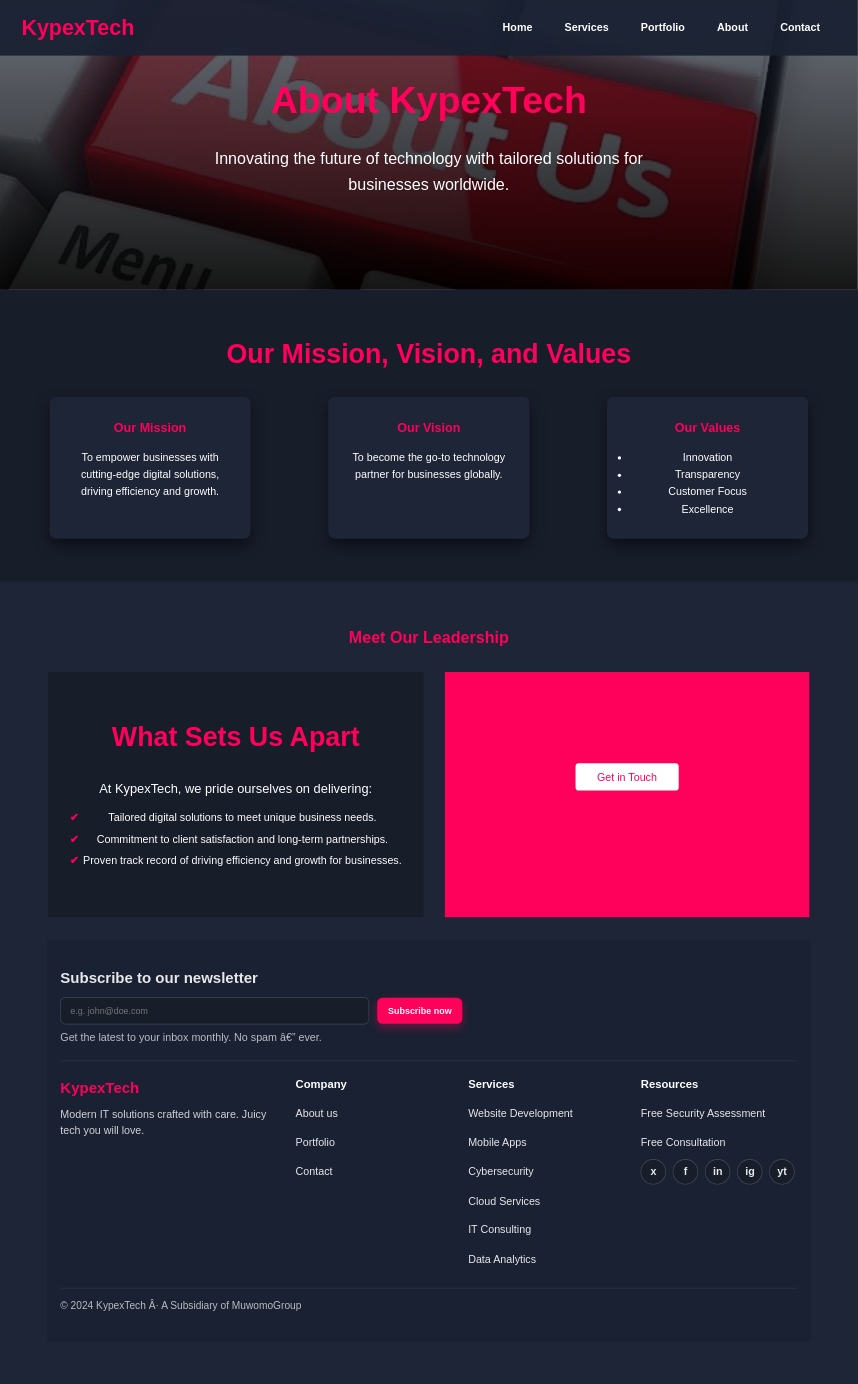
Repository: muwomotapiwa/KypexTechSolutions
Page: about.html
The author's editor kept a copy of each file at every save. The page is drawn from the files as they stood at one save, then again after the next save.
The browser window is 1280 px wide. The pictures show the whole page, at 67% of full size.

Above is the page before, as saved 2025-09-03 22:57:58.

### about.html
<!DOCTYPE html>
<html lang="en">
<head>
    <meta http-equiv="Content-Security-Policy" content="default-src 'self'; script-src 'self' 'unsafe-inline' https://www.googletagmanager.com https://www.google-analytics.com; style-src 'self' 'unsafe-inline'; img-src 'self' data: https:; connect-src 'self' https://api.web3forms.com https://www.google-analytics.com https://ipwho.is; form-action https://api.web3forms.com; frame-src 'self' https://api.web3forms.com; frame-ancestors 'none'; base-uri 'self'; upgrade-insecure-requests">
    <meta name="referrer" content="strict-origin-when-cross-origin">
    <meta charset="UTF-8">
    <meta name="viewport" content="width=device-width, initial-scale=1.0">
    <title>About Us | KypexTech</title>
    <link rel="stylesheet" href="css/style.css">
    <link rel="stylesheet" href="css/about.css"> <!-- Page-Specific CSS -->
</head>
<body>
    <!-- Header -->
    <header>
        <div class="logo">KypexTech</div>
        <nav>
            <ul>
                <li><a href="index.html">Home</a></li>
                <li><a href="index.html#services">Services</a></li>
                <li><a href="portfolio.html">Portfolio</a></li>
                <li><a href="about.html">About</a></li>
                <li><a href="contact.html">Contact</a></li>
            </ul>
        </nav>
        <div class="menu-icon" id="menuIcon"></div>
        <div class="mobile-nav" id="mobileNav">
            <a href="index.html">Home</a>
            <a href="index.html#services">Services</a>
            <a href="portfolio.html">Portfolio</a>
            <a href="about.html">About</a>
            <a href="contact.html">Contact</a>
        </div>
    </header>


    <!-- Hero Section -->
    <section class="hero">
        <h1>About KypexTech</h1>
        <p>Innovating the future of technology with tailored solutions for businesses worldwide.</p>
    </section>

    <!-- Mission, Vision, and Values -->
    <section class="mission">
        <h2>Our Mission, Vision, and Values</h2>
        <div class="content">
            <div class="box">
                <h3>Our Mission</h3>
                <p>To empower businesses with cutting-edge digital solutions, driving efficiency and growth.</p>
            </div>
            <div class="box">
                <h3>Our Vision</h3>
                <p>To become the go-to technology partner for businesses globally.</p>
            </div>
            <div class="box">
                <h3>Our Values</h3>
                <ul>
                    <li>Innovation</li>
                    <li>Transparency</li>
                    <li>Customer Focus</li>
                    <li>Excellence</li>
                </ul>
            </div>
        </div>
    </section>

<!-- BEGIN HIDDEN leadership team
    <!-- Leadership Team -->
    <section class="team">
        <h2>Meet Our Leadership</h2>
        <div class="team-grid">
            <!-- CEO -->
            <!--<div class="team-member">
                <img src="assets/tapiwa.jpeg" alt="Tapiwa Mathew Muwomo">
                <h3>Mathew Muwomo</h3>
                <p><strong>Founder & CEO</strong></p>
                <p>
                    Mathew holds an Honours Degree in Economics and has nearly five years of experience in IT solutions.
                    With half a decade of expertise in Economics and Business, he brings a blend of analytical and technical prowess to lead KypexTech.
                </p>
            </div>-->
            <!-- Director -->
            <!--<div class="team-member">
                <img src="assets/bianca.jpeg" alt="Bianca Muwomo">
                <h3>Bianca Charuma</h3>
                <p><strong>Director, Human Resources | MBA, BSc (Hons) HR</strong></p>
                <p>
                    Bianca holds an MBA and a Bachelor of Science Honours Degree in Human Resources. With over six years of experience,
                    she brings strategic HR expertise to drive workforce efficiency and organizational success at KypexTech.
                </p>
            </div>
        </div>
    </section> -->
<!-- END HIDDEN leadership team -->

    <!-- Why Choose Us -->
    <section class="why-us">
        <h2>What Sets Us Apart</h2>
        <p>At KypexTech, we pride ourselves on delivering:</p>
        <ul>
            <li>Tailored digital solutions to meet unique business needs.</li>
            <li>Commitment to client satisfaction and long-term partnerships.</li>
            <li>Proven track record of driving efficiency and growth for businesses.</li>
        </ul>
    </section>

    <!-- Call-to-Action -->
    <section class="cta">
        <h2>Want to Partner With Us?</h2>
        <a href="contact.html" class="cta-button">Get in Touch</a>
    </section>

    <!-- Footer -->
    <footer class="site-footer">
        <section class="footer-newsletter" aria-label="Newsletter">
            <h3>Subscribe to our newsletter</h3>
            <form class="newsletter-form" action="https://api.web3forms.com/submit" method="POST">
                <input type="hidden" name="access_key" value="af31cdca-fdb5-4fd7-81bd-762838f8e47f">
                <input type="hidden" name="subject" value="Newsletter Signup - KypexTech">
                <input type="hidden" name="page" value="about.html">
                <input type="hidden" name="form" value="Newsletter">
                <input type="hidden" name="redirect" value="https://www.kypextech.co.za/newsletter-thank-you.html">
                <input type="checkbox" name="botcheck" class="hidden" style="display:none;">
                <label for="newsletter-email-about" class="sr-only">Email address</label>
                <input id="newsletter-email-about" type="email" name="email" placeholder="e.g. john@doe.com" required>
                <button type="submit" class="btn-subscribe">Subscribe now</button>
            </form>
            <p class="note">Get the latest to your inbox monthly. No spam â€” ever.</p>
        </section>
        <hr class="footer-sep">
        <section class="footer-columns">
            <div class="footer-brand col">
                <div class="footer-logo">KypexTech</div>
                <p>Modern IT solutions crafted with care. Juicy tech you will love.</p>
            </div>
            <nav class="col" aria-label="Company">
                <h4>Company</h4>
                <ul class="footer-list">
                    <li><a href="about.html">About us</a></li>
                    <li><a href="portfolio.html">Portfolio</a></li>
                    <li><a href="contact.html">Contact</a></li>
                </ul>
            </nav>
            <nav class="col" aria-label="Services">
                <h4>Services</h4>
                <ul class="footer-list">
                    <li><a href="website-development.html">Website Development</a></li>
                    <li><a href="mobile-app-development.html">Mobile Apps</a></li>
                    <li><a href="cybersecurity.html">Cybersecurity</a></li>
                    <li><a href="cloud-services.html">Cloud Services</a></li>
                    <li><a href="it-consulting.html">IT Consulting</a></li>
                    <li><a href="data-analytics.html">Data Analytics</a></li>
                </ul>
            </nav>
            <nav class="col" aria-label="Resources">
                <h4>Resources</h4>
                <ul class="footer-list">
                    <li><a href="assessment.html">Free Security Assessment</a></li>
                    <li><a href="consultation.html">Free Consultation</a></li>
                </ul>
                <div class="social-row" aria-label="Social links">
                    <a href="#" class="social-btn" aria-label="X">x</a>
                    <a href="#" class="social-btn" aria-label="Facebook">f</a>
                    <a href="#" class="social-btn" aria-label="LinkedIn">in</a>
                    <a href="#" class="social-btn" aria-label="Instagram">ig</a>
                    <a href="#" class="social-btn" aria-label="YouTube">yt</a>
                </div>
            </nav>
        </section>
        <div class="footer-bottom">
            <p>&copy; 2024 KypexTech Â· A Subsidiary of MuwomoGroup</p>
        </div>
    </footer>

    <script src="js/form-redirect.js"></script>
    <script src="js/script.js"></script>
</body>
</html>

### css/style.css
/* General Reset */
* {
    margin: 0;
    padding: 0;
    box-sizing: border-box;
    font-family: Arial, sans-serif;
}

body {
    background-color: #1a2132;
    color: #fff;
    line-height: 1.6;
    overflow-x: hidden;
}

a {
    text-decoration: none;
    color: #ff015b;
    transition: color 0.3s ease;
}

a:hover {
    color: #d10048;
}

/* Visually hidden (for accessible labels) */
.sr-only{ position:absolute; width:1px; height:1px; padding:0; margin:-1px; overflow:hidden; clip:rect(0,0,0,0); white-space:nowrap; border:0; }

/* Header */
header {
    position: fixed;
    top: 0;
    width: 100%;
    background-color: rgba(26, 33, 50, 0.95);
    padding: 1rem 2rem;
    display: flex;
    justify-content: space-between;
    align-items: center;
    z-index: 1000;
}

.logo {
    font-size: 2rem;
    font-weight: bold;
    color: #ff015b;
}

nav ul {
    list-style: none;
    display: flex;
}

nav ul li {
    margin: 0 1.5rem;
}

nav ul li a {
    color: #fff;
    font-weight: bold;
}

/* Mobile Menu */
.menu-icon {
    display: none;
    font-size: 2rem;
    color: #ff015b;
    cursor: pointer;
}

.menu-icon::before {
    content: '\2630';
    display: inline-block;
    transition: transform 0.3s;
}

.menu-icon.active::before {
    transform: rotate(90deg);
}

.mobile-nav {
    display: none;
    position: absolute;
    top: 100%;
    right: 0;
    background: #181d2a;
    width: 100%;
    text-align: center;
}

.mobile-nav.active {
    display: block;
}

.mobile-nav a {
    display: block;
    margin: 1rem 0;
    color: #ff015b;
    font-size: 1.2rem;
    font-weight: bold;
}

/* Hero Section */
.hero {
    background: linear-gradient(rgba(26, 33, 50, 0.7), rgba(0, 0, 0, 0.9)), url('../assets/Kypex_enhanced.jpeg');
    background-size: cover;
    background-position: center;
    height: 100vh;
    display: flex;
    justify-content: center;
    align-items: center;
    flex-direction: column;
    text-align: center;
}

.hero h1 {
    font-size: 4rem;
    margin-bottom: 1rem;
    color: #ff015b;
}

.hero p {
    font-size: 1.5rem;
    margin-bottom: 2rem;
    max-width: 700px;
}

.hero a {
    display: inline-block;
    background: #ff015b;
    color: #fff;
    padding: 0.75rem 2rem;
    border-radius: 5px;
    font-weight: bold;
    box-shadow: 0 5px 15px rgba(255, 1, 91, 0.5);
    transition: transform 0.3s ease, background 0.3s;
}

.hero a:hover {
    background: #d10048;
    transform: scale(1.05);
}

/* Services Section */
.services {
    padding: 6rem 2rem;
    background: #181d2a;
    text-align: center;
}

.services h2 {
    font-size: 3rem;
    margin-bottom: 3rem;
    color: #ff015b;
}

.service-grid {
    display: grid;
    grid-template-columns: repeat(3, 1fr);
    gap: 2rem;
}

.service-box {
    background: #1e2536;
    padding: 2rem;
    border-radius: 10px;
    box-shadow: 0 10px 20px rgba(0, 0, 0, 0.5);
    transition: transform 0.3s ease;
}

.service-box h3 {
    color: #ff015b;
    font-size: 1.8rem;
    margin-bottom: 1rem;
}

.service-box p {
    font-size: 1rem;
    color: #fff; /* Default text color */
    transition: color 0.3s ease; /* Smooth hover effect */
}

.service-box:hover {
    transform: translateY(-10px);
}

.service-box:hover p {
    color: #ff015b; /* Text turns red on hover */
}

/* Footer */
footer {
    background: #1a2132;
    color: #fff;
    text-align: center;
    padding: 2rem 0;
}

.footer-links a {
    margin: 0 1rem;
    color: #ff015b;
    font-size: 1.2rem;
}

/* Responsive */
@media (max-width: 768px) {
    nav ul {
        display: none;
    }

    .menu-icon {
        display: block;
    }

    .service-grid {
        grid-template-columns: 1fr;
    }
}

@media (max-width: 480px) {
    .hero h1 {
        font-size: 3rem;
    }

    .hero p {
        font-size: 1.2rem;
    }
}

/* Footer 2.0 (site-wide) */
.site-footer {
  background: #1a2132;
  color: #e8e8ea;
  padding: 40px 20px;
  border-top: 1px solid rgba(255,255,255,0.08);
  text-align: left;
}
.site-footer a { color: #e8e8ea; }
.site-footer a:hover { color: #ff015b; }

.footer-newsletter { max-width: 1100px; margin: 0 auto 22px; }
.footer-newsletter h3 { font-size: 1.4rem; margin-bottom: 10px; }
.footer-newsletter .newsletter-form {
  display: flex;
  gap: 12px;
  align-items: center;
  max-width: 600px;
}
.footer-newsletter input[type="email"]{
  flex: 1;
  padding: 12px 14px;
  background: #181d2a;
  border: 1px solid rgba(255,255,255,0.18);
  border-radius: 8px;
  color: #fff;
}
.footer-newsletter .btn-subscribe{
  padding: 12px 16px;
  background: #ff015b;
  border: none;
  color: #fff;
  border-radius: 8px;
  font-weight: 700;
  cursor: pointer;
  box-shadow: 0 6px 14px rgba(255, 1, 91, 0.35);
}
.footer-newsletter .btn-subscribe:hover{ background:#d10048; }
.footer-newsletter .note{ color: rgba(255,255,255,0.7); margin-top: 6px; }

.footer-sep{ border: none; border-top:1px solid rgba(255,255,255,0.08); margin: 22px 0; }

.footer-columns{
  max-width: 1100px;
  margin: 0 auto;
  display: grid;
  grid-template-columns: 1.4fr 1fr 1fr 1fr;
  gap: 24px;
}
.footer-columns h4{ font-size:1.05rem; margin-bottom: 10px; color:#fff; font-weight:700; }
.footer-brand .footer-logo{ font-size: 1.4rem; font-weight: 800; color:#ff015b; margin-bottom:8px; }
.footer-brand p{ color: rgba(255,255,255,0.8); }

.footer-list{ list-style:none; padding:0; margin: 8px 0 0; }
.footer-list li{ margin: 6px 0; }
.site-footer nav ul.footer-list{ display: flex; flex-direction: column; gap: 6px; }
.footer-list a{ font-weight: 400; }

.social-row{ display:flex; gap:10px; flex-wrap: nowrap; margin-top: 6px; }
.social-btn{
  display:inline-flex; align-items:center; justify-content:center;
  width: 38px; height: 38px; border-radius: 50%;
  background:#181d2a; color:#fff;
  border:1px solid rgba(255,255,255,0.2);
  font-weight:700; text-transform: lowercase;
}
.social-btn:hover{ color:#ff015b; border-color:#ff015b; box-shadow:0 0 0 3px rgba(255, 1, 91, 0.2); }

.footer-bottom{
  max-width: 1100px;
  margin: 24px auto 0;
  padding-top: 14px;
  border-top: 1px solid rgba(255,255,255,0.08);
  display:flex; align-items:center; justify-content: space-between;
  color: rgba(255,255,255,0.7);
  font-size: 0.95rem;
}

@media (max-width: 900px){
  .footer-columns{ grid-template-columns: 1fr 1fr; }
}
@media (max-width: 600px){
  .footer-newsletter .newsletter-form{ flex-direction: column; align-items: stretch; }
  .footer-columns{ grid-template-columns: 1fr; }
  .footer-bottom{ flex-direction: column; gap: 8px; text-align: center; }
}

### css/about.css
/* Hero Section */
.hero {
    background: linear-gradient(rgba(26, 33, 50, 0.6), rgba(0, 0, 0, 0.9)), url('../assets/about_background.jpeg');
    background-size: cover;
    background-position: center;
    height: 60vh;
    display: flex;
    justify-content: center;
    align-items: center;
    flex-direction: column;
    text-align: center;
}

.hero h1 {
    font-size: 3.5rem;
    color: #ff015b;
}

.hero p {
    font-size: 1.5rem;
    margin-top: 0.5rem;
}

/* Mission Section */
.mission {
    padding: 4rem 2rem;
    text-align: center;
    background: #181d2a;
}

.mission h2 {
    color: #ff015b;
    font-size: 2.5rem;
    margin-bottom: 2rem;
}

.mission .content {
    display: flex;
    justify-content: space-around;
    gap: 2rem;
    flex-wrap: wrap; /* Ensure proper alignment on smaller screens */
}

.mission .box {
    background: #1e2536;
    padding: 2rem;
    border-radius: 10px;
    flex: 1;
    max-width: 300px; /* Ensure consistent box size */
    box-shadow: 0 10px 20px rgba(0, 0, 0, 0.5);
}

.mission .box h3 {
    color: #ff015b;
    margin-bottom: 1rem;
}

.mission .box p, .mission .box ul {
    font-size: 1rem;
    line-height: 1.6;
}

/* Why Choose Us Section */
.why-us {
    padding: 4rem 2rem;
    text-align: center;
    background: #181d2a;
}

.why-us h2 {
    color: #ff015b;
    font-size: 2.5rem;
    margin-bottom: 2rem;
}

.why-us p {
    font-size: 1.2rem;
    margin-bottom: 1rem;
}

.why-us ul {
    list-style: none;
    padding: 0;
}

.why-us ul li {
    font-size: 1rem;
    margin-bottom: 0.5rem;
    line-height: 1.5;
    position: relative;
    padding-left: 20px;
}

.why-us ul li::before {
    content: '✔'; /* Add a checkmark */
    color: #ff015b;
    font-weight: bold;
    position: absolute;
    left: 0;
    top: 0;
}

/* CTA Section */
.cta {
    background: #ff015b;
    color: #fff;
    text-align: center;
    padding: 3rem 2rem;
}

.cta h2 {
    font-size: 2.5rem;
    margin-bottom: 1rem;
}

.cta-button {
    background: #fff;
    color: #ff015b;
    padding: 0.75rem 2rem;
    border-radius: 5px;
    text-decoration: none;
    transition: background 0.3s, color 0.3s;
}

.cta-button:hover {
    background: #d10048;
    color: #fff;
}

/* Team Section */
.team {
    padding: 4rem 2rem;
    text-align: center;
    background: #1e2536;
}

.team h2 {
    color: #ff015b;
    margin-bottom: 2rem;
}

.team-grid {
    display: flex;
    justify-content: center;
    gap: 2rem;
    flex-wrap: wrap;
}

.team-member {
    text-align: center;
    background: #181d2a;
    padding: 2rem;
    border-radius: 10px;
    box-shadow: 0 10px 20px rgba(0, 0, 0, 0.5);
    max-width: 300px;
}

.team-member img {
    width: 150px;
    height: 150px;
    object-fit: cover;
    border-radius: 50%;
    margin-bottom: 1rem;
}

/* Responsive Design */
@media (max-width: 768px) {
    .mission .content {
        flex-direction: column;
        align-items: center;
    }

    .team-grid {
        flex-direction: column;
        align-items: center;
    }
}

### js/script.js
const menuIcon = document.getElementById('menuIcon');
const mobileNav = document.getElementById('mobileNav');

// Toggle menu on click
menuIcon.addEventListener('click', () => {
    mobileNav.classList.toggle('active');
    menuIcon.classList.toggle('active');
});

// Close menu when a link is clicked
const menuLinks = document.querySelectorAll('.mobile-nav a');
menuLinks.forEach(link => {
    link.addEventListener('click', () => {
        mobileNav.classList.remove('active');
        menuIcon.classList.remove('active');
    });
});

// Close menu when clicking outside
document.addEventListener('click', (e) => {
    if (!menuIcon.contains(e.target) && !mobileNav.contains(e.target)) {
        mobileNav.classList.remove('active');
        menuIcon.classList.remove('active');
    }
});

// Prefetch visitor country before navigating to website-development page
(function prefetchGeoOnNav(){
  try {
    document.addEventListener('click', function (e) {
      const a = e.target && e.target.closest && e.target.closest('a[href$="website-development.html"]');
      if (!a) return;
      if (sessionStorage.getItem('geo_cc')) return; // already cached

      e.preventDefault();
      const href = a.href || 'website-development.html';
      const map = { ZA:'South Africa', ZW:'Zimbabwe', ZM:'Zambia', BW:'Botswana' };

      const fetchGeo = fetch('https://ipwho.is/?fields=success,country_code,country')
        .then(r => r.ok ? r.json() : null)
        .then(d => {
          if (d && d.success !== false) {
            const cc = String(d.country_code || '').toUpperCase();
            sessionStorage.setItem('geo_cc', cc);
            sessionStorage.setItem('geo_name', map[cc] || 'Other');
          }
        })
        .catch(() => {});

      const timeout = new Promise(res => setTimeout(res, 500));
      Promise.race([fetchGeo, timeout]).finally(() => {
        try {
          const u = new URL(href, window.location.href);
          const cc = (sessionStorage.getItem('geo_cc') || '').toUpperCase();
          const cn = sessionStorage.getItem('geo_name') || '';
          if (cc || cn) {
            if (cc) u.searchParams.set('cc', cc);
            if (cn) u.searchParams.set('cn', cn);
          }
          window.location.href = u.toString();
        } catch (_) {
          window.location.href = href;
        }
      });
    }, { capture: true });
  } catch (_) { /* ignore */ }
})();

Loaded but not shown: js/form-redirect.js (100 lines, source omitted)

After the next save:
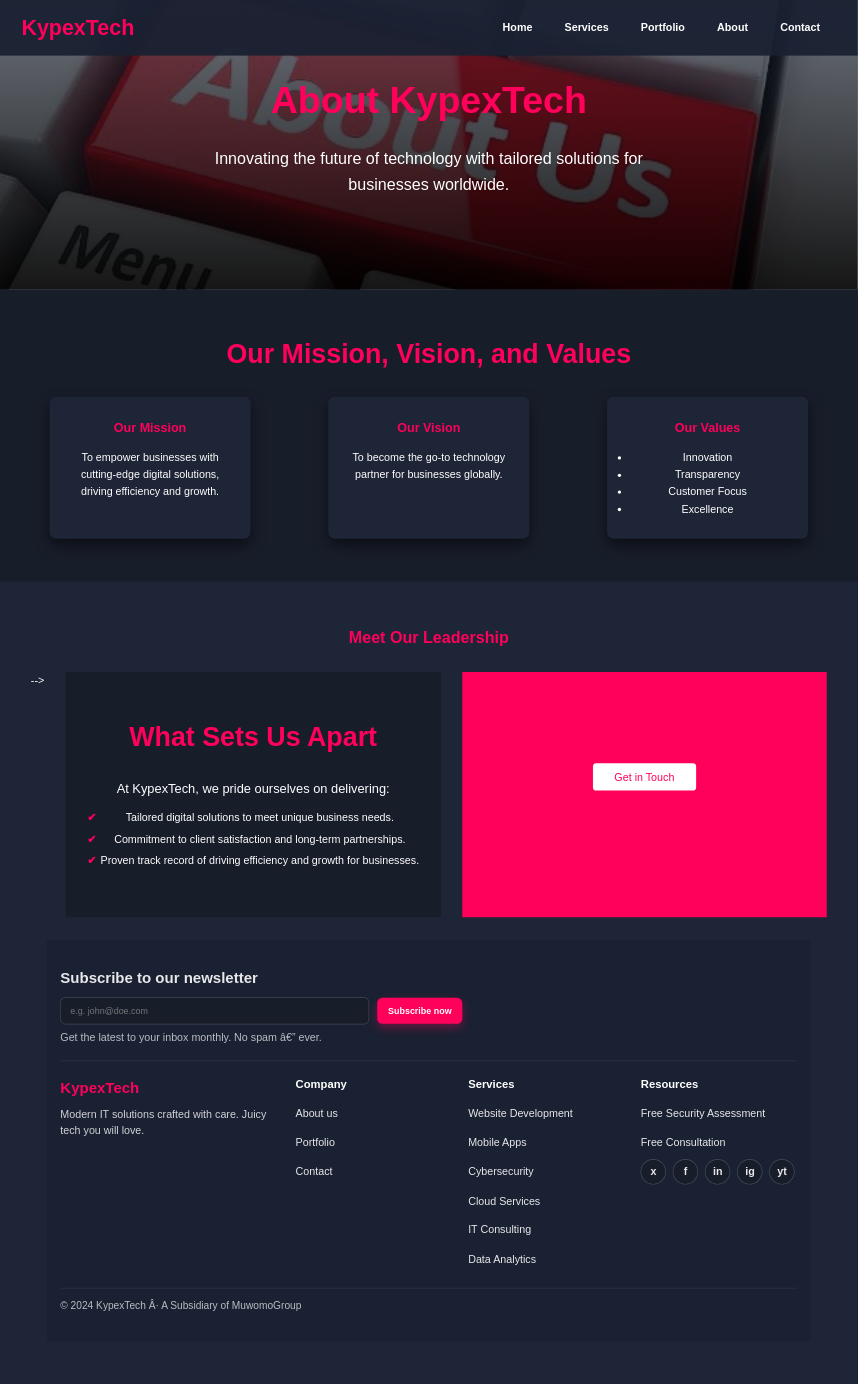
Saved 6 s later.
--- a/about.html
+++ b/about.html
@@ -67,7 +67,7 @@
     <!-- Leadership Team -->
     <section class="team">
         <h2>Meet Our Leadership</h2>
-        <div class="team-grid">
+        <div class="team-grid">-->
             <!-- CEO -->
             <!--<div class="team-member">
                 <img src="assets/tapiwa.jpeg" alt="Tapiwa Mathew Muwomo">
